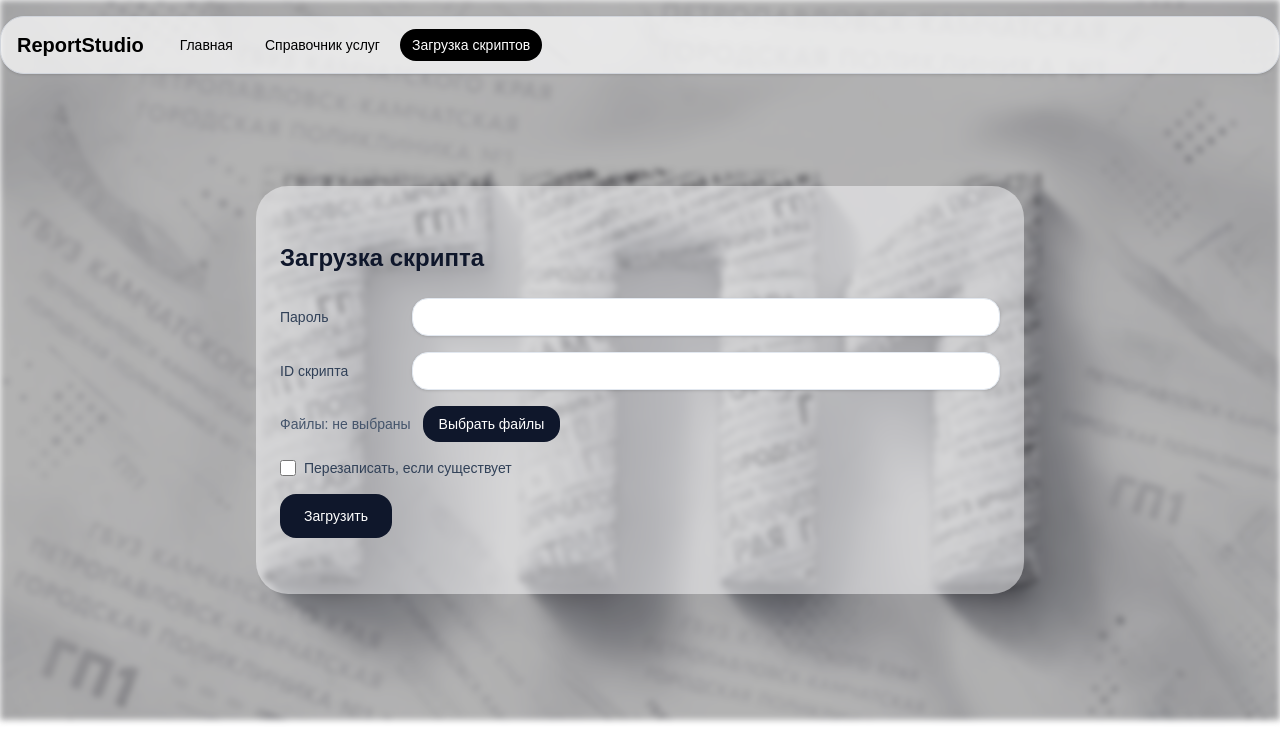
Repository: vladzap2423/report_studio_v2
Page: /load
The author's editor kept a copy of each file at every save. The page is drawn from the files as they stood at one save, then again after the next save.
The browser window is 1280 px wide. The pictures show the whole page.
The project was rebuilt for these pictures with package versions that can differ from the ones it lists, and the page was loaded fresh each time. The framework's server and built-in components were replaced by stand-ins that run in the browser. Also part of the build but not shown: next.config.ts.

Above is the page before, as saved 2026-03-17 15:23:58.

### src/app/layout.tsx
import type { Metadata } from "next";
import { Geist, Geist_Mono } from "next/font/google";
import "./globals.css";
import Header from "./components/Header";

const geistSans = Geist({
  variable: "--font-geist-sans",
  subsets: ["latin"],
});

const geistMono = Geist_Mono({
  variable: "--font-geist-mono",
  subsets: ["latin"],
});

export const metadata: Metadata = {
  title: "Create Next App",
  description: "Generated by create next app",
};

export default function RootLayout({
  children,
}: Readonly<{
  children: React.ReactNode;
}>) {
  return (
    <html lang="en">
      <body
        className={`${geistSans.variable} ${geistMono.variable} antialiased`}
      >
        <Header

          title="ReportStudio"
          links={[
            { label: "Главная", href: "/" },
            { label: "Справочник услуг", href: "/services" },
            { label:"Загрузка скриптов", href: "/load"}
          ]}
        />
        {children}
      </body>
    </html>
  );
}

### src/app/load/page.tsx
"use client";

import { useState, useRef, useCallback } from "react";

export default function LoadPage() {
  const [password, setPassword] = useState("");
  const [id, setId] = useState("");
  const [files, setFiles] = useState<File[]>([]);
  const [overwrite, setOverwrite] = useState(false);
  const [error, setError] = useState<string | null>(null);
  const [success, setSuccess] = useState<string | null>(null);
  const [loading, setLoading] = useState(false);

  const inputRef = useRef<HTMLInputElement | null>(null);

  const onPickClick = useCallback(() => {
    inputRef.current?.click();
  }, []);

  const handlePicked = useCallback((picked: File[]) => {
    setFiles(picked);
  }, []);

  const uploadScripts = useCallback(async () => {
    setError(null);
    setSuccess(null);

    if (!files.length) return setError("Выберите файлы скрипта.");
    if (!id.trim()) return setError("Укажите ID скрипта.");
    if (password !== "Zx44tfW") return setError("Неверный пароль.");

    setLoading(true);
    try {
      const fd = new FormData();
      fd.append("scriptId", id.trim());
      fd.append("password", password);
      if (overwrite) fd.append("overwrite", "1");
      for (const f of files) fd.append("files", f, (f as any).webkitRelativePath || f.name);

      const res = await fetch("/api/scripts/upload", { method: "POST", body: fd });
      if (!res.ok) throw new Error(`HTTP ${res.status}`);

      setSuccess("Скрипт загружен.");
      setFiles([]);
      setId("");
      setPassword("");
      if (inputRef.current) inputRef.current.value = "";
    } catch {
      setError("Не удалось загрузить скрипт.");
    } finally {
      setLoading(false);
    }
  }, [files, id, password, overwrite]);

  return (
      <div className="mx-auto max-w-3xl px-6 py-14 bg-gray-50/50 rounded-4xl mt-28">
        <h1 className="text-2xl font-semibold text-slate-900 mb-6">Загрузка скрипта</h1>

        <div className="grid gap-3 sm:grid-cols-[120px_1fr] sm:items-center mb-4">
          <label className="text-sm font-medium text-slate-700">Пароль</label>
          <input
            type="password"
            value={password}
            onChange={(e) => setPassword(e.target.value)}
            className="w-full rounded-2xl border border-slate-200 bg-white px-4 py-2 text-sm text-slate-900 shadow-sm focus:outline-none focus:ring-4 focus:ring-slate-200"
          />
        </div>

        <div className="grid gap-3 sm:grid-cols-[120px_1fr] sm:items-center mb-4">
          <label className="text-sm font-medium text-slate-700">ID скрипта</label>
          <input
            type="text"
            value={id}
            onChange={(e) => setId(e.target.value)}
            className="w-full rounded-2xl border border-slate-200 bg-white px-4 py-2 text-sm text-slate-900 shadow-sm focus:outline-none focus:ring-4 focus:ring-slate-200"
          />
        </div>

        <div className="flex flex-wrap items-center gap-3 mb-4 text-sm text-slate-600">
          <div>Файлы: {files.length ? `${files.length} шт.` : "не выбраны"}</div>
          <button
            type="button"
            onClick={onPickClick}
            className="rounded-2xl bg-slate-900 px-4 py-2 text-white hover:bg-slate-800"
          >
            Выбрать файлы
          </button>
          <input
            ref={inputRef}
            type="file"
            multiple
            className="hidden"
            onChange={(e) => {
              const picked = Array.from(e.target.files || []);
              if (!picked.length) return;
              handlePicked(picked);
            }}
            {...({ webkitdirectory: "true"} as any)}
          />
        </div>

        <div className="flex items-center gap-2 mb-4">
          <input
            type="checkbox"
            checked={overwrite}
            onChange={(e) => setOverwrite(e.target.checked)}
            id="overwrite"
            className="w-4 h-4 rounded border-slate-300 text-slate-900 focus:ring-slate-200"
          />
          <label htmlFor="overwrite" className="text-sm text-slate-700">Перезаписать, если существует</label>
        </div>

        {error && <div className="mb-4 rounded-2xl border border-rose-200 bg-rose-50 px-4 py-3 text-sm text-rose-700">{error}</div>}
        {success && <div className="mb-4 rounded-2xl border border-emerald-200 bg-emerald-50 px-4 py-3 text-sm text-emerald-700">{success}</div>}

        <button
          type="button"
          onClick={uploadScripts}
          disabled={loading}
          className="rounded-2xl bg-slate-900 px-6 py-3 text-white text-sm font-medium hover:bg-emerald-600 disabled:opacity-50"
        >
          {loading ? "Загрузка..." : "Загрузить"}
        </button>
      </div>
  );
}

### src/app/globals.css
@import "tailwindcss";

:root {
  --background: #ffffff;
  --foreground: #171717;
  color-scheme: light;
}

@theme inline {
  --color-background: var(--background);
  --color-foreground: var(--foreground);
  --font-sans: var(--font-geist-sans);
  --font-mono: var(--font-geist-mono);
}

body {
  background: var(--background);
  color: var(--foreground);
  font-family: Arial, Helvetica, sans-serif;
  position: relative; /* важно для ::before */
  min-height: 100vh;
}

body::before {
  content: "";
  position: fixed;
  top: 0;
  left: 0;
  width: 100%;
  height: 100%;
  background-image: url("/fon.png");
  background-size: cover;
  background-position: center;
  background-repeat: no-repeat;
  filter: blur(3px) brightness(0.7);
  z-index: -1; /* чтобы контент был поверх фона */
}

### src/app/components/Header.tsx
"use client";

import React from "react";
import Link from "next/link";
import { usePathname } from "next/navigation";

type HeaderProps = {
  title?: string;
  links?: { label: string; href: string }[];
};

const Header: React.FC<HeaderProps> = ({ title = "ReportStudio", links = [] }) => {
  const pathname = usePathname();

  return (
    <header className="w-full flex justify-center mt-4">
      <div className="w-full max-w-7xl px-4 py-3 flex items-center space-x-6 bg-white/70 border border-gray-300 rounded-3xl shadow-sm">

        {/* Название */}
        <div className="text-xl font-semibold text-black">
          {title}
        </div>

        {/* Меню */}
        <nav className="flex space-x-2">
          {links.map((link) => {
            const isActive = pathname === link.href;

            return (
              <Link
                key={link.href}
                href={link.href}
                className={`px-3 py-1.5 rounded-3xl text-sm transition-colors ${
                  isActive
                    ? "bg-black text-white"
                    : "text-black hover:bg-gray-100"
                }`}
              >
                {link.label}
              </Link>
            );
          })}
        </nav>

      </div>
    </header>
  );
};

export default Header;

After the next save:
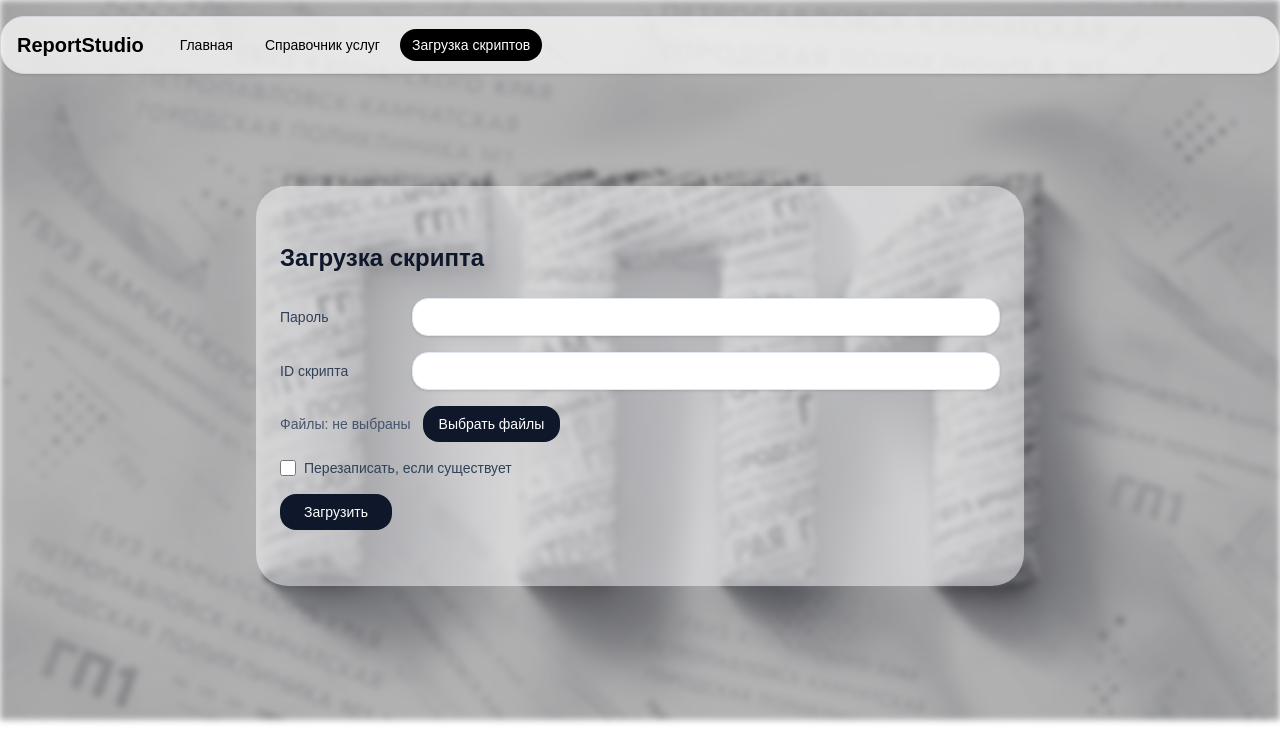
Saved 5 s later.
--- a/src/app/load/page.tsx
+++ b/src/app/load/page.tsx
@@ -117,7 +117,7 @@ export default function LoadPage() {
           type="button"
           onClick={uploadScripts}
           disabled={loading}
-          className="rounded-2xl bg-slate-900 px-6 py-3 text-white text-sm font-medium hover:bg-emerald-600 disabled:opacity-50"
+          className="rounded-2xl bg-slate-900 px-6 py-2 text-white text-sm font-medium hover:bg-emerald-600 disabled:opacity-50"
         >
           {loading ? "Загрузка..." : "Загрузить"}
         </button>
